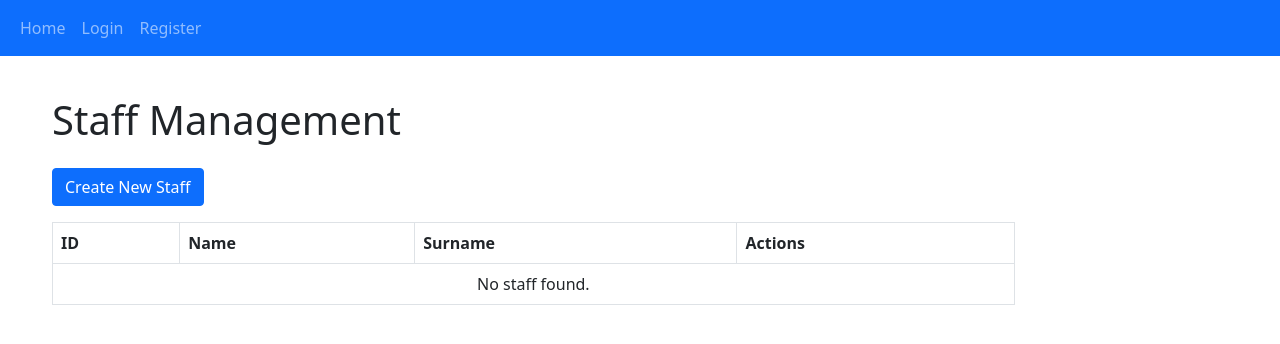
Repository: Matsikembareb/myPowervision
Page: http://localhost/staff
The author's editor kept a copy of each file at every save. The page is drawn from the files as they stood at one save, then again after the next save.
The browser window is 1280 px wide. The pictures show the whole page.
The page is served by the project's application, run on Flask 3 (01prototype/myPowervision/__init__.py).

Above is the page before, as saved 2025-09-26 16:14:47.

After the next save:
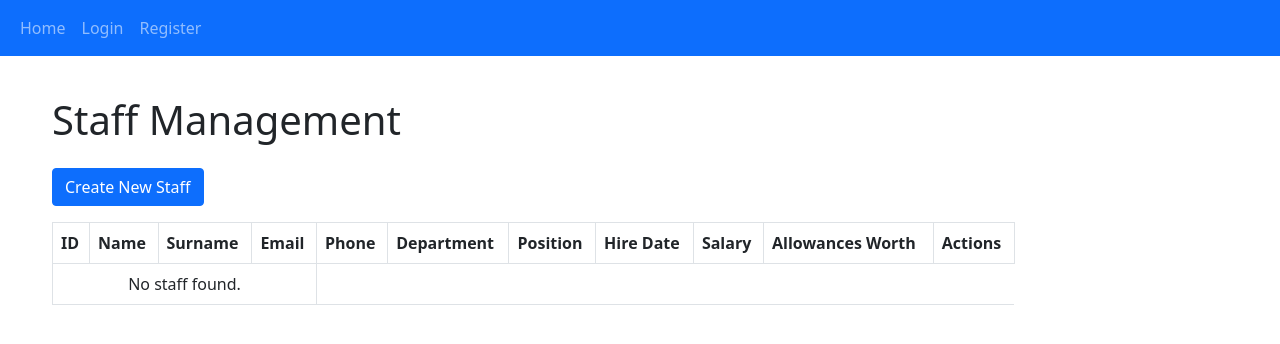
Saved 86 s later.
--- a/01prototype/myPowervision/templates/staff_management/staff.html
+++ b/01prototype/myPowervision/templates/staff_management/staff.html
@@ -1,40 +1,47 @@
 {% extends 'base.html' %}
 
 {% block content %}
-  <div class="container mt-4">
+    <div class="container mt-4">
     <h1 class="mb-4">Staff Management</h1>
     <div class="mb-3">
-      <a href="{{ url_for('create_staff') }}" class="btn btn-primary">Create New Staff</a>
+        <a href="{{ url_for('create_staff') }}" class="btn btn-primary">Create New Staff</a>
     </div>
 
     <table class="table table-bordered">
-      <thead>
+        <thead>
         <tr>
-          <th>ID</th>
-          <th>Name</th>
-          <th>Surname</th>
-          <th>Actions</th>
+            <th>ID</th>
+            <th>Name</th>
+            <th>Surname</th>
+            <th>Email</th>
+            <th>Phone</th>
+            <th>Department</th>
+            <th>Position</th>
+            <th>Hire Date</th>
+            <th>Salary</th>
+            <th>Allowances Worth</th>
+            <th>Actions</th>
         </tr>
-      </thead>
-      <tbody>
+        </thead>
+        <tbody>
         {% for staff in staff %}
-          <tr>
+            <tr>
             <td>{{ staff.id }}</td>
             <td>{{ staff.name }}</td>
             <td>{{ staff.surname }}</td>
             <td>
-              <a href="{{ url_for('home_page', staff_id=staff.id) }}" class="btn btn-sm btn-warning">Edit</a>
-              <form action="{{ url_for('home_page', staff_id=staff.id) }}" method="POST" style="display:inline;">
+                <a href="{{ url_for('home_page', staff_id=staff.id) }}" class="btn btn-sm btn-warning">Edit</a>
+                <form action="{{ url_for('home_page', staff_id=staff.id) }}" method="POST" style="display:inline;">
                 <button type="submit" class="btn btn-sm btn-danger" onclick="return confirm('Are you sure you want to delete this staff?');">Delete</button>
-              </form>
+                </form>
             </td>
-          </tr>
+            </tr>
         {% else %}
-          <tr>
+            <tr>
             <td colspan="4" class="text-center">No staff found.</td>
-          </tr>
+            </tr>
         {% endfor %}
-      </tbody>
+        </tbody>
     </table>
-  </div>
+    </div>
 {% endblock content %}
